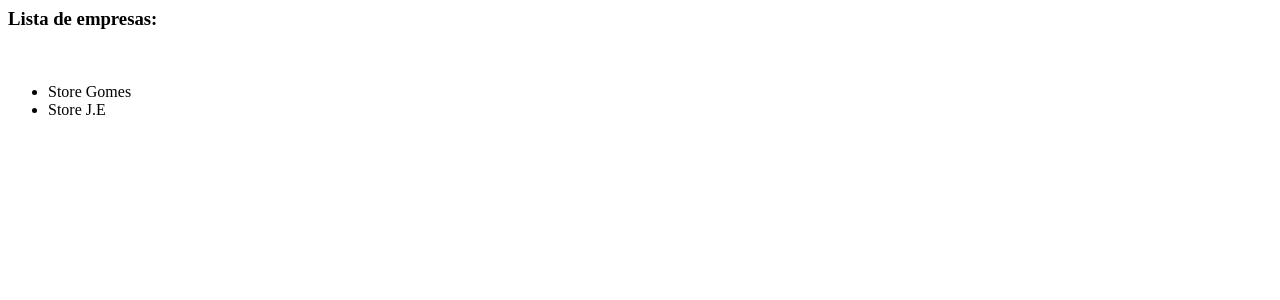
Repository: EmersonRGomes/study
Page: http://localhost/gerenciadorstudy/listaEmpresas
These files come from the project's save history. The page is drawn as it stood at one moment and after the next save; the edit follows.
The browser window is 1280 px wide. The pictures show the whole page.
The page is served by Tomcat 9. Other server files are loaded and not shown.

Above is the page before, as saved 2022-07-24 19:38:33.

### gerenciadorstudy/webContent/listaEmpresaCriada.jsp
<%@ taglib uri="http://java.sun.com/jsp/jstl/core" prefix="c" %>

<!DOCTYPE hmtl>
<html>
<head>
<meta charset="ISO-8859-1">
<title>Java Standard Taglib</title>
</head>
<body>
   <h3>Lista de empresas: </h3> <br/>

    <ul>
        <c:forEach items="${empresas}" var="empresa">
            <li>${empresa.nome}</li>
        </c:forEach>
    </ul>

</body>
</html>

### gerenciadorstudy/src/main/java/br/com/gerenciadorstudy/servlet/ListaEmpresasSevlet.java
package br.com.gerenciadorstudy.servlet;

import java.io.IOException;
import java.util.List;

import javax.servlet.RequestDispatcher;
import javax.servlet.ServletException;
import javax.servlet.annotation.WebServlet;
import javax.servlet.http.HttpServlet;
import javax.servlet.http.HttpServletRequest;
import javax.servlet.http.HttpServletResponse;

@WebServlet("/listaEmpresas")
public class ListaEmpresasSevlet extends HttpServlet {
	private static final long serialVersionUID = 1L;

	/**
	 * @see HttpServlet#doGet(HttpServletRequest request, HttpServletResponse response)
	 */
	protected void doGet(HttpServletRequest request, HttpServletResponse response)
			throws ServletException, IOException {
		// TODO Auto-generated method stub
		List<Empresa> lista = Banco.getEmpresa();

		request.setAttribute("empresas", lista);

		RequestDispatcher rd = request.getRequestDispatcher("/listaEmpresaCriada.jsp");
		rd.forward(request, response);

	}


}

### gerenciadorstudy/src/main/java/br/com/gerenciadorstudy/servlet/Banco.java
package br.com.gerenciadorstudy.servlet;

import java.util.ArrayList;
import java.util.List;

public class Banco {

	private static List<Empresa> lista = new ArrayList<>();

	public void adiconar(Empresa empresa) {
		Banco.lista.add(empresa);
	}

	public static List<Empresa> getEmpresa(){
		return Banco.lista;
	}


}

### gerenciadorstudy/src/main/java/br/com/gerenciadorstudy/servlet/Empresa.java
package br.com.gerenciadorstudy.servlet;

public class Empresa {

	//Atributos
	private int id;
	private String nome;

	public Empresa() {
	}

	public Empresa(String nome) {
		this.nome = nome;
	}

	//Getters e Setters
	public int getId() {
		return id;
	}
	public void setId(int id) {
		this.id = id;
	}
	public String getNome() {
		return nome;
	}
	public void setNome(String nome) {
		this.nome = nome;
	}


}

After the next save:
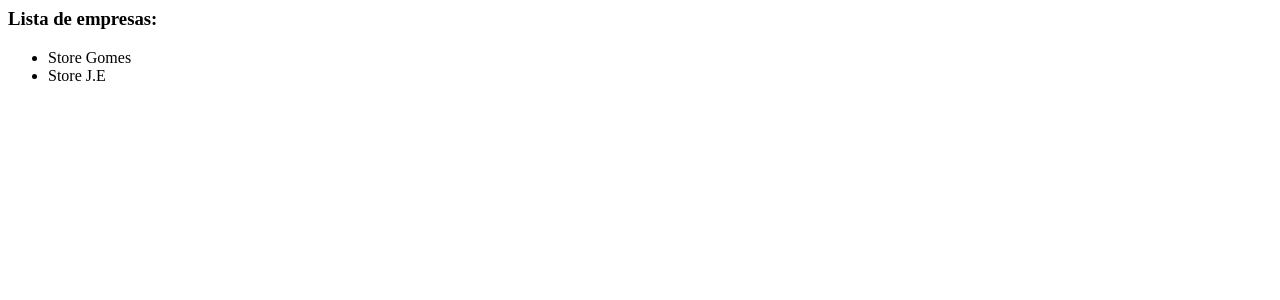
Saved 2 min 39 s later.
--- a/gerenciadorstudy/webContent/listaEmpresaCriada.jsp
+++ b/gerenciadorstudy/webContent/listaEmpresaCriada.jsp
@@ -7,7 +7,7 @@
 <title>Java Standard Taglib</title>
 </head>
 <body>
-   <h3>Lista de empresas: </h3> <br/>
+   <h3>Lista de empresas: </h3>
 
     <ul>
         <c:forEach items="${empresas}" var="empresa">
